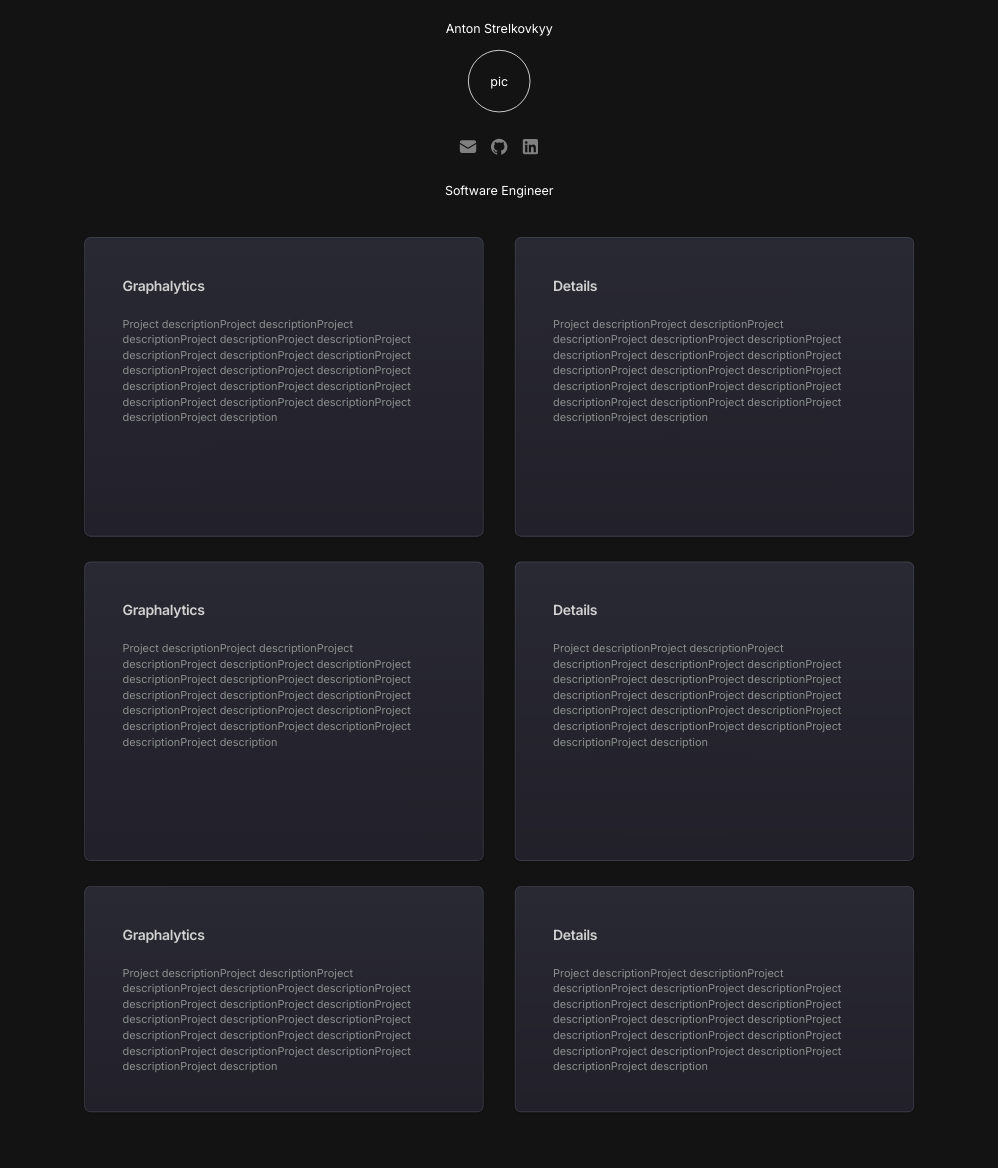
Repository: Fortivera/Anton
Page: /
These files come from the project's save history. The page is drawn as it stood at one moment and after the next save; the edit follows.
The browser window is 1280 px wide. The pictures show the whole page, at 78% of full size.
The project was rebuilt for these pictures with package versions that can differ from the ones it lists, and the page was loaded fresh each time. The framework's server and built-in components were replaced by stand-ins that run in the browser. Also part of the build but not shown: next.config.mjs.

Above is the page before, as saved 2024-05-02 16:07:13.

After the next save:
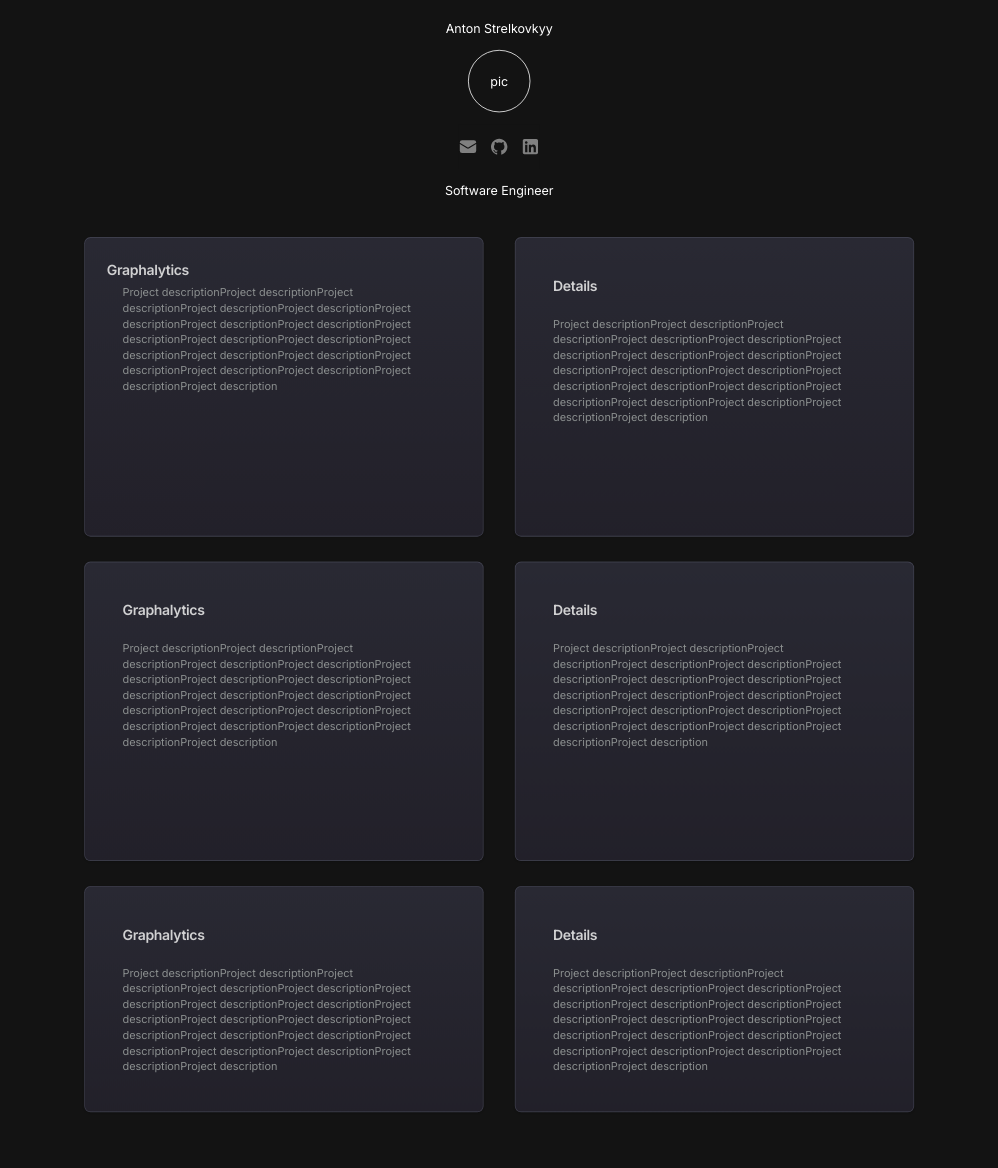
Saved 44 s later.
--- a/app/page.tsx
+++ b/app/page.tsx
@@ -27,7 +27,7 @@ export default function Home() {
         <section className="hidden sm:grid grid-cols-1 gap-8 justify-items-center py-12" id="projects">
           <div className="flex flex-row space-x-10">
             <Card className="max-w-lg h-[24rem] relative p-6 border rounded-lg bg-opacity-10 bg-[#9d94e9] border-[#60647872] bg-gradient-to-b from-[#35374366] to-[#24212b65]">
-              <CardHeader>
+              <CardHeader className="p-1">
                 <CardTitle className="text-lg font-semibold text-[#D1D1D2]">Graphalytics</CardTitle>
               </CardHeader>
               <CardContent className="text-[#8b8f8f]">
